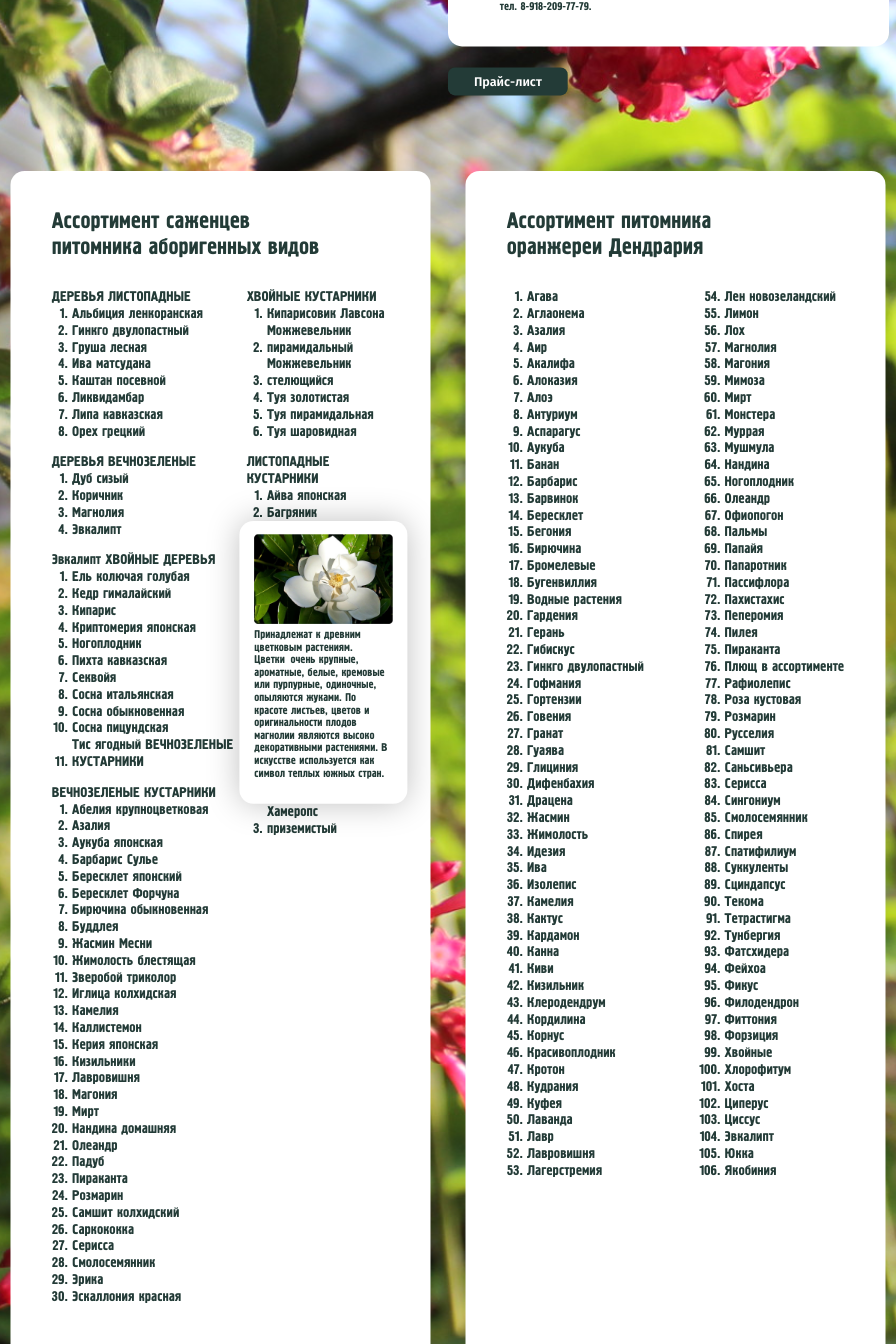
Repository: sem1103/np-sochi
Page: index.html
The author's editor kept a copy of each file at every save. The page is drawn from the files as they stood at one save, then again after the next save.
The browser window is 1280 px wide. The pictures show the part of the page from y = 556 to 2476 px (the page is 2622 px tall), at 70% of full size.

Above is the page before, as saved 2024-01-17 22:46:45.

### index.html
<!DOCTYPE html>
<html lang="en">

<head>
    <meta charset="UTF-8">
    <meta name="viewport" content="width=device-width, initial-scale=1.0">
    <title>Сочинский Национальный Парк</title>

    <link rel="stylesheet" href="styles/reset.css">
    <link rel="stylesheet" href="styles/main.css">
</head>

<body>
    <div id="page">
        <header></header>

        <main>
            <div class="top__text container">
                <div class="text__content">
                    <p>
                        Приветствуем на странице питомников Сочинского национального парка!
                    </p>
                    <p>
                        Здесь представлен широкий ассортимент адаптивного посадочного материала из местных семян и
                        черенков растений, прошедших многолетнюю акклиматизацию в условиях Черноморского побережья
                        Кавказа.
                    </p>
                    <p>
                        В парке работают два питомника растений.
                    </p>
                    <p>
                        Питомник в селе Орел-Изумруд специализируется на выращивании кавказских видов. Также здесь можно
                        приобрести такие востребованные экзотические растения, как бамбуки, пальмы и эвкалипты.
                    </p>
                    <p>
                        Производственный питомник парка «Дендрарий» располагает саженцами экзотических деревьев и
                        кустарников для парков, растениями для зимних садов и оранжерей, комнатными растениями, рассадой
                        летников и многолетников, водных растений.
                    </p>
                    <p>
                        Знакомьтесь с ассортиментом посадочного материала и по всем вопросам обращайтесь к сотрудникам
                        Сочинского нацпарка:
                    </p>
                    <ul>
                        <li>начальник Адлерского питомника - Сергей Александрович Хлевный, тел. <a
                                href="tel:+79183030588">8-918-303-05-88</a>;</li>
                        <li>заведующий хозяйством (оранжереи) Дендрария - Рузанна Сергеевна Ашалян, тел.
                            8-918-209-77-79.</li>
                    </ul>
                </div>
                <div class="price__list">
                    <button>Прайс-лист</button>

                </div>
            </div>

            <div class="items__block container">
                <div class="item">
                    <h3>
                        Ассортимент саженцев <br>
                        питомника аборигенных видов
                    </h3>
                    <div>
                        <div class="left__items">
                            <h5>
                                ДЕРЕВЬЯ ЛИСТОПАДНЫЕ
                            </h5>
                            <ol>
                                <li><button>Альбиция ленкоранская</button></li>
                                <li><button>Гинкго двулопастный</button></li>
                                <li><button>Груша лесная</button></li>
                                <li><button>Ива матсудана</button></li>
                                <li><button>Каштан посевной</button></li>
                                <li><button>Ликвидамбар</button></li>
                                <li><button>Липа кавказская</button></li>
                                <li><button>Орех грецкий</button></li>
                            </ol>

                            <h5>
                                ДЕРЕВЬЯ ВЕЧНОЗЕЛЕНЫЕ
                            </h5>
                            <ol>
                                <li><button>Дуб сизый</button></li>
                                <li><button>Коричник</button></li>
                                <li>
                                    <button>Магнолия</button>
                                    <div class="item__card">
                                        <img src="img/manqoliya.png" alt="Магнолия">
                                        <p>
                                            Принадлежат к древним цветковым растениям. Цветки очень крупные, ароматные, белые, кремовые или пурпурные, одиночные, опыляются жуками.  По красоте листьев, цветов и оригинальности плодов магнолии являются высоко декоративными растениями. В искусстве используется как символ теплых южных стран.
                                        </p>
                                    </div>
                                </li>
                                <li><button>Эвкалипт</button></li>
                            </ol>

                            <h5>Эвкалипт ХВОЙНЫЕ ДЕРЕВЬЯ</h5>
                            <ol>
                                <li><button>Ель колючая голубая</button></li>
                                <li><button>Кедр гималайский</button></li>
                                <li><button>Кипарис </button></li>
                                <li><button>Криптомерия японская</button></li>
                                <li><button>Ногоплодник </button></li>
                                <li><button>Пихта кавказская</button></li>
                                <li><button>Секвойя </button></li>
                                <li><button>Сосна итальянская</button></li>
                                <li><button>Сосна обыкновенная</button></li>
                                <li><button>Сосна пицундская</button></li>
                                <li><button>Тис ягодный ВЕЧНОЗЕЛЕНЫЕ КУСТАРНИКИ</button></li>
                            </ol>

                            <h5>ВЕЧНОЗЕЛЕНЫЕ КУСТАРНИКИ</h5>
                            <ol>
                                <li><button>Абелия крупноцветковая</button></li>
                                <li><button>Азалия</button></li>
                                <li><button>Аукуба японская</button></li>
                                <li><button>Барбарис Сулье</button></li>
                                <li><button>Бересклет японский</button></li>
                                <li><button>Бересклет Форчуна</button></li>
                                <li><button>Бирючина обыкновенная</button></li>
                                <li><button>Буддлея</button></li>
                                <li><button>Жасмин Месни</button></li>
                                <li><button>Жимолость блестящая</button></li>
                                <li><button>Зверобой триколор</button></li>
                                <li><button>Иглица колхидская</button></li>
                                <li><button>Камелия</button></li>
                                <li><button>Каллистемон</button></li>
                                <li><button>Керия японская</button></li>
                                <li><button>Кизильники</button></li>
                                <li><button>Лавровишня</button></li>
                                <li><button>Магония</button></li>
                                <li><button>Мирт</button></li>
                                <li><button>Нандина домашняя</button></li>
                                <li><button>Олеандр</button></li>
                                <li><button>Падуб</button></li>
                                <li><button>Пираканта</button></li>
                                <li><button>Розмарин</button></li>
                                <li><button>Самшит колхидский</button></li>
                                <li><button>Саркококка</button></li>
                                <li><button>Серисса</button></li>
                                <li><button>Смолосемянник</button></li>
                                <li><button>Эрика</button></li>
                                <li><button>Эскаллония красная</button></li>
                            </ol>
                        </div>

                        <div class="right__items">
                            <h5>ХВОЙНЫЕ КУСТАРНИКИ</h5>
                            <ol>
                                <li><button>Кипарисовик Лавсона</button></li>
                                <li><button>Можжевельник пирамидальный</button></li>
                                <li><button>Можжевельник стелющийся</button></li>
                                <li><button>Туя золотистая</button></li>
                                <li><button>Туя пирамидальная</button></li>
                                <li><button>Туя шаровидная</button></li>
                            </ol>

                            <h5>ЛИСТОПАДНЫЕ КУСТАРНИКИ</h5>
                            <ol>
                                <li><button>Айва японская</button></li>
                                <li><button>Багряник</button></li>
                                <li><button>Барбарис Тунберга</button></li>
                                <li><button>Вейгела</button></li>
                                <li><button>Гортензия</button></li>
                                <li><button>Гранатник</button></li>
                                <li><button>Клекачка колхидская (окс)</button></li>
                                <li><button>Лагерстремия</button></li>
                                <li><button>Пузыреплодник</button></li>
                                <li><button>Роза кустовая</button></li>
                                <li><button>Спирея японская</button></li>
                                <li><button>Форзиция промежуточная</button></li>
                                <li><button>Чубушник ПАЛЬМЫ</button></li>
                            </ol>
                            <ol>
                                <li><button>Трахикарпус китайская веерная</button></li>
                                <li><button>Финик канарский</button></li>
                                <li><button>Хамеропс приземистый</button></li>
                            </ol>
                        </div>
                    </div>
                </div>

                <div class="item">
                    <h3>Ассортимент питомника  <br>
                        оранжереи Дендрария</h3>
                    <div>
                        <div class="left__items">
                            <ol>
                                <li><button>Агава</button></li>
                                <li><button>Аглаонема</button></li>
                                <li><button>Азалия</button></li>
                                <li><button>Аир</button></li>
                                <li><button>Акалифа</button></li>
                                <li><button>Алоказия</button></li>
                                <li><button>Алоэ</button></li>
                                <li><button>Антуриум</button></li>
                                <li><button>Аспарагус</button></li>
                                <li><button>Аукуба</button></li>
                                <li><button>Банан</button></li>
                                <li><button>Барбарис</button></li>
                                <li><button>Барвинок</button></li>
                                <li><button>Бересклет</button></li>
                                <li><button>Бегония</button></li>
                                <li><button>Бирючина</button></li>
                                <li><button>Бромелевые</button></li>
                                <li><button>Бугенвиллия</button></li>
                                <li><button>Водные растения</button></li>
                                <li><button>Гардения</button></li>
                                <li><button>Герань</button></li>
                                <li><button>Гибискус</button></li>
                                <li><button>Гинкго двулопастный</button></li>
                                <li><button>Гофмания</button></li>
                                <li><button>Гортензии</button></li>
                                <li><button>Говения</button></li>
                                <li><button>Гранат</button></li>
                                <li><button>Гуаява</button></li>
                                <li><button>Глициния</button></li>
                                <li><button>Дифенбахия</button></li>
                                <li><button>Драцена</button></li>
                                <li><button>Жасмин</button></li>
                                <li><button>Жимолость</button></li>
                                <li><button>Идезия</button></li>
                                <li><button>Ива</button></li>
                                <li><button>Изолепис</button></li>
                                <li><button>Камелия</button></li>
                                <li><button>Кактус</button></li>
                                <li><button>Кардамон</button></li>
                                <li><button>Канна</button></li>
                                <li><button>Киви</button></li>
                                <li><button>Кизильник</button></li>
                                <li><button>Клеродендрум</button></li>
                                <li><button>Кордилина</button></li>
                                <li><button>Корнус</button></li>
                                <li><button>Красивоплодник</button></li>
                                <li><button>Кротон</button></li>
                                <li><button>Кудрания</button></li>
                                <li><button>Куфея</button></li>
                                <li><button>Лаванда</button></li>
                                <li><button>Лавр</button></li>
                                <li><button>Лавровишня</button></li>
                                <li><button>Лагерстремия</button></li>
                            </ol>
                        </div>

                        <div class="right__items">
                            <ol start="54">
                                <li><button>Лен новозеландский</button></li>
                                <li><button>Лимон</button></li>
                                <li><button>Лох</button></li>
                                <li><button>Магнолия</button></li>
                                <li><button>Магония</button></li>
                                <li><button>Мимоза</button></li>
                                <li><button>Мирт</button></li>
                                <li><button>Монстера</button></li>
                                <li><button>Муррая</button></li>
                                <li><button>Мушмула</button></li>
                                <li><button>Нандина</button></li>
                                <li><button>Ногоплодник</button></li>
                                <li><button>Олеандр</button></li>
                                <li><button>Офиопогон</button></li>
                                <li><button>Пальмы</button></li>
                                <li><button>Папайя</button></li>
                                <li><button>Папаротник</button></li>
                                <li><button>Пассифлора</button></li>
                                <li><button>Пахистахис</button></li>
                                <li><button>Пеперомия</button></li>
                                <li><button>Пилея</button></li>
                                <li><button>Пираканта</button></li>
                                <li><button>Плющ в ассортименте</button></li>
                                <li><button>Рафиолепис</button></li>
                                <li><button>Роза кустовая</button></li>
                                <li><button>Розмарин</button></li>
                                <li><button>Русселия</button></li>
                                <li><button>Самшит</button></li>
                                <li><button>Саньсивьера</button></li>
                                <li><button>Серисса</button></li>
                                <li><button>Сингониум</button></li>
                                <li><button>Смолосемянник</button></li>
                                <li><button>Спирея</button></li>
                                <li><button>Спатифилиум</button></li>
                                <li><button>Суккуленты</button></li>
                                <li><button>Сциндапсус</button></li>
                                <li><button>Текома</button></li>
                                <li><button>Тетрастигма</button></li>
                                <li><button>Тунбергия</button></li>
                                <li><button>Фатсхидера</button></li>
                                <li><button>Фейхоа</button></li>
                                <li><button>Фикус</button></li>
                                <li><button>Филодендрон</button></li>
                                <li><button>Фиттония</button></li>
                                <li><button>Форзиция</button></li>
                                <li><button>Хвойные</button></li>
                                <li><button>Хлорофитум</button></li>
                                <li><button>Хоста</button></li>
                                <li><button>Циперус</button></li>
                                <li><button>Циссус</button></li>
                                <li><button>Эвкалипт</button></li>
                                <li><button>Юкка</button></li>
                                <li><button>Якобиния</button></li>
                            </ol>
                        </div>
                    </div>

                </div>
            </div>
        </main>

        <footer></footer>
    </div>
</body>

</html>

### styles/reset.css

:root{
    --gray: #233B37;
}
html{
    scroll-behavior: smooth;
}
html,
body,
div,
span,
applet,
object,
iframe,
h1,
h2,
h3,
h4,
h5,
h6,
p,
blockquote,
pre,
a,
abbr,
acronym,
address,
big,
cite,
code,
del,
dfn,
em,
img,
ins,
kbd,
q,
s,
samp,
small,
strike,
strong,
sub,
sup,
tt,
var,
b,
u,
i,
center,
dl,
dt,
dd,
ol,
ul,
li,
fieldset,
form,
label,
legend,
table,
caption,
tbody,
tfoot,
thead,
tr,
th,
td,
article,
aside,
canvas,
details,
embed,
figure,
figcaption,
footer,
header,
hgroup,
menu,
nav,
output,
ruby,
section,
summary,
time,
mark,
audio,
video {
    margin: 0;
    padding: 0;
    border: 0;
    font-size: 100%;
    font: inherit;
    vertical-align: baseline
}

article,
aside,
details,
figcaption,
figure,
footer,
header,
hgroup,
menu,
nav,
section {
    display: block
}

body {
    line-height: 1;
    font-family: Hermes;
}

ol,
ul {
    list-style: none
}

blockquote,
q {
    quotes: none
}

blockquote:before,
blockquote:after,
q:before,
q:after {
    content: '';
    content: none
}

table {
    border-collapse: collapse;
    border-spacing: 0
}

a {
    text-decoration: none;
    color: var(--gray);
    transition: all .3s ease-in-out
}

a:hover {
    color: #365edc;
}

* {
    box-sizing: border-box
}




.active__menu{
    opacity: .7;
    color: var(--gray);
}
#page{
    min-height: 100vh;
}

.container{
    max-width: 1652px;
    margin: auto;
    padding: 0 15px;
}
main img{
    width: 100%;
    height: auto;
}

### styles/main.css
@import url('https://fonts.googleapis.com/css2?family=Fira+Sans:wght@600&display=swap');
@font-face {
    font-family: 'Hermes';
    src: url('font/hermes.ttf'),
    url(font/hermes.woff),
    url(font/hermes.woff2) ;

}


main{
    background: url(../img/main-bg.png) center/cover;
}
p, li{
    font: 16px 'Hermes';
    color: var(--gray);
}
p{
    margin: 0 0 10px 0;
}
.top__text{
    padding: 142px 10px 108px 10px;
}
.text__content{
    padding: 48px 54px;
    background-color: #fff;
    width: 50%;
    margin: 0 0 30px auto;
    border-radius: 20px;
}
li{
    list-style: disc;
    margin: 0 0 0 20px;
}
.price__list{
    width: 50%;
    margin: 0 0 0 auto;
}
.price__list button{
    padding: 9px 37px;
    font: 600 18px 'Fira Sans';
    margin: 0;
    background: var(--gray);
    color: #fff;
    border: 0;
    border-radius: 10px;
    cursor: pointer;
    transition: all .3s ease-in-out;
}
.price__list button:hover{
    opacity: .8;
}

h3{
    color: var(--gray);
    font: 32px 'Hermes';
    margin: 0 0 40px 0;
}
h5{
    color: var(--gray);
    font: 20px Hermes;
}
.items__block{
    display: flex;
    flex-direction: row;
    justify-content: space-between;
    padding-bottom: 121px;
}
.item{
    flex-basis: calc(50% - 25px);
    background: #fff;
    padding: 52px 59px 61px 59px;
    border-radius: 20px;

}
.item > div{
    display: flex;
    justify-content: space-between;
}
ol{
    margin: 0 0 20px 0;
}
ol li{
    list-style: decimal;
    font: 20px Hermes;
    color: var(--gray);
    margin: 0 0 0 29px;
    position: relative;
}
ol button{
    font: inherit;
    color: inherit;
    border: 0;
    padding: 0;
    background: transparent;
    text-align: left;
    cursor: pointer;
}
.left__items{
    margin: 0 10px 0 0;
}
.item__card{
    position: absolute;
    z-index: 99;
    background: #fff;
    padding: 19px 21px 25px 21px;
    border-radius: 20px;
    box-shadow: 0px 0px 45px 0px #00000040;
    left: 100%;
    max-width: 412px;
    width: 100%;
}




/*Media*/
@media only screen and (max-width:1200px) {
    .items__block{
        flex-direction: column;
    }
    .item:first-child{
        margin: 0 0 50px 0;
    }
}
@media only screen and (max-width:1000px) {
    .text__content, .price__list{
        width: 100%;
    }

}
@media only screen and (max-width:768px){
    .top__text{
        padding: 19px 10px 31px 10px;
    }
}

@media only screen and (max-width:450px){
    .price__list button{
        width: 100%;
    }
    .item:first-child {
        margin: 0 0 15px 0;
    }
    .item{
        padding: 16px 20px 24px 20px;
    }
    .item > div{
        flex-direction: column;
    }
}

After the next save:
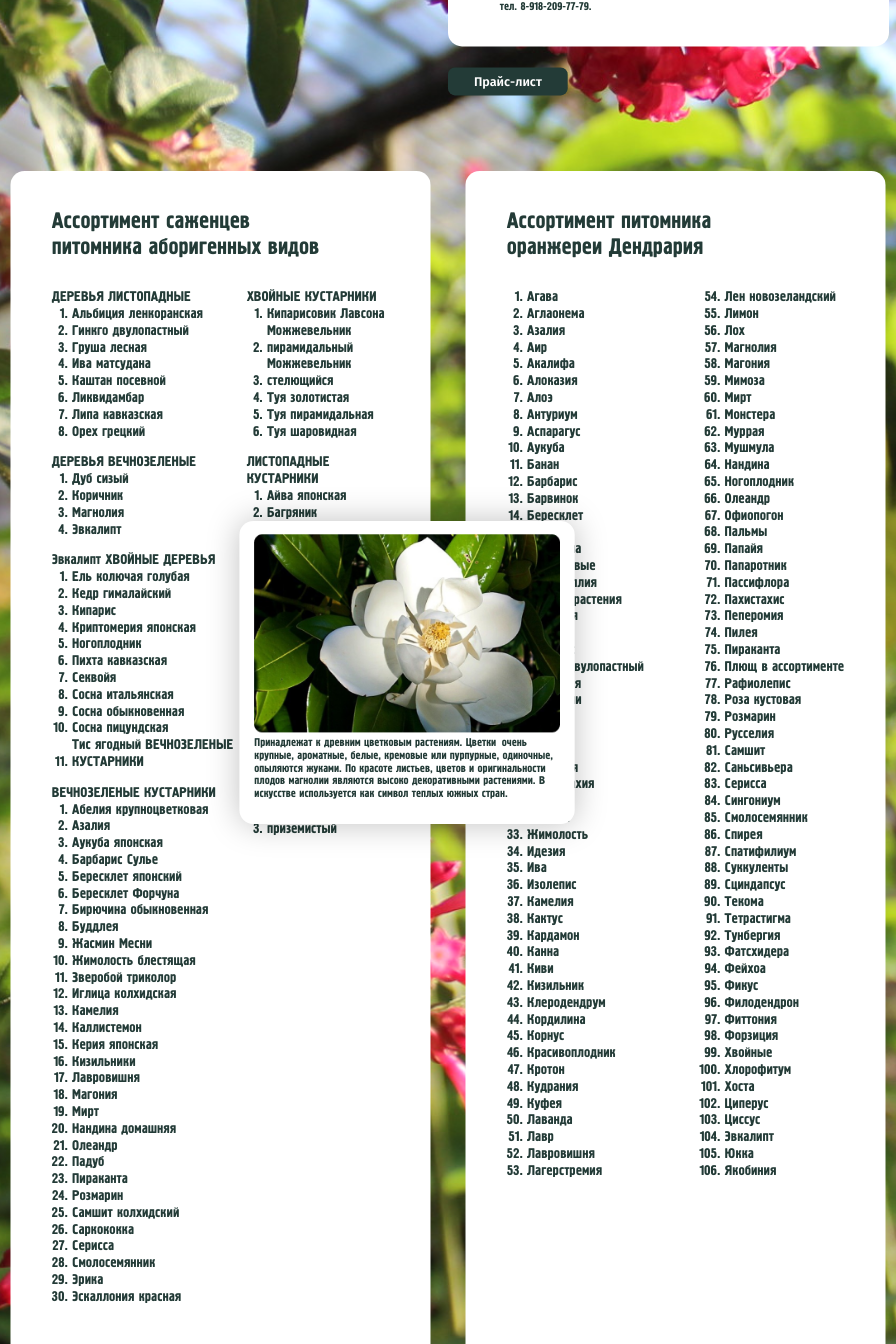
Saved 58 s later.
--- a/styles/main.css
+++ b/styles/main.css
@@ -107,8 +107,7 @@ ol button{
     border-radius: 20px;
     box-shadow: 0px 0px 45px 0px #00000040;
     left: 100%;
-    max-width: 412px;
-    width: 100%;
+    width: 200%;
 }
 
 
